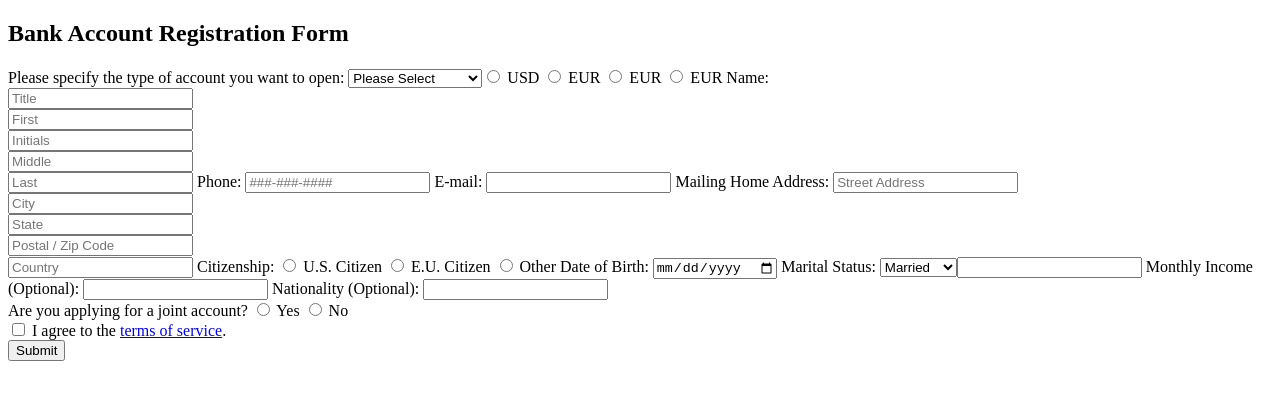
Repository: hizeetech/First-Assignment
Page: sign_up.html
The author's editor kept a copy of each file at every save. The page is drawn from the files as they stood at one save, then again after the next save.
The browser window is 1280 px wide. The pictures show the whole page.

Above is the page before, as saved 2024-11-09 02:00:11.

After the next save:
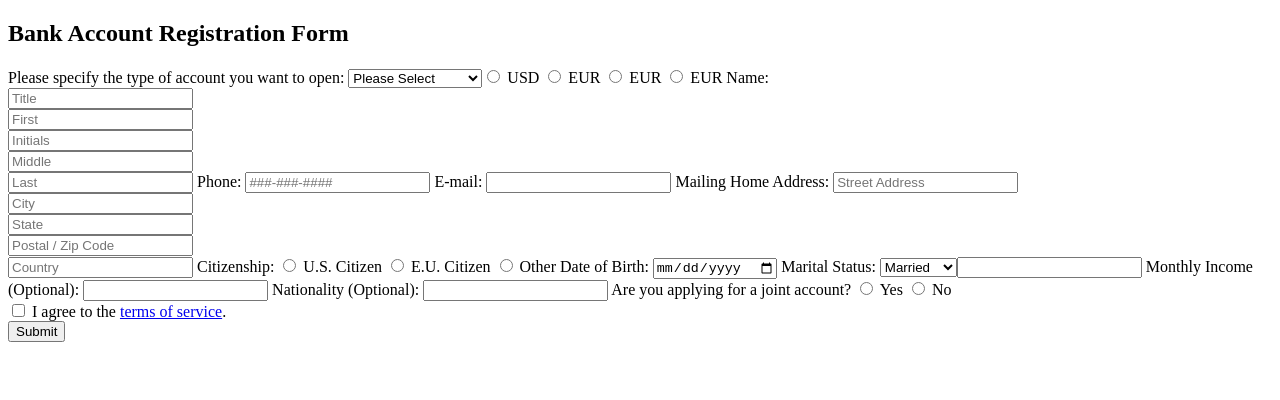
Saved 13 s later.
--- a/sign_up.html
+++ b/sign_up.html
@@ -77,8 +77,7 @@
 
             <label for="nationality">Nationality (Optional):</label>
             <input type="text" id="nationality" name="nationality">
-        </div>
-        <div class="form-group joint-account">
+
             <label>Are you applying for a joint account?</label>
             <label><input type="radio" name="joint_account" value="yes"> Yes</label>
             <label><input type="radio" name="joint_account" value="no"> No</label>
